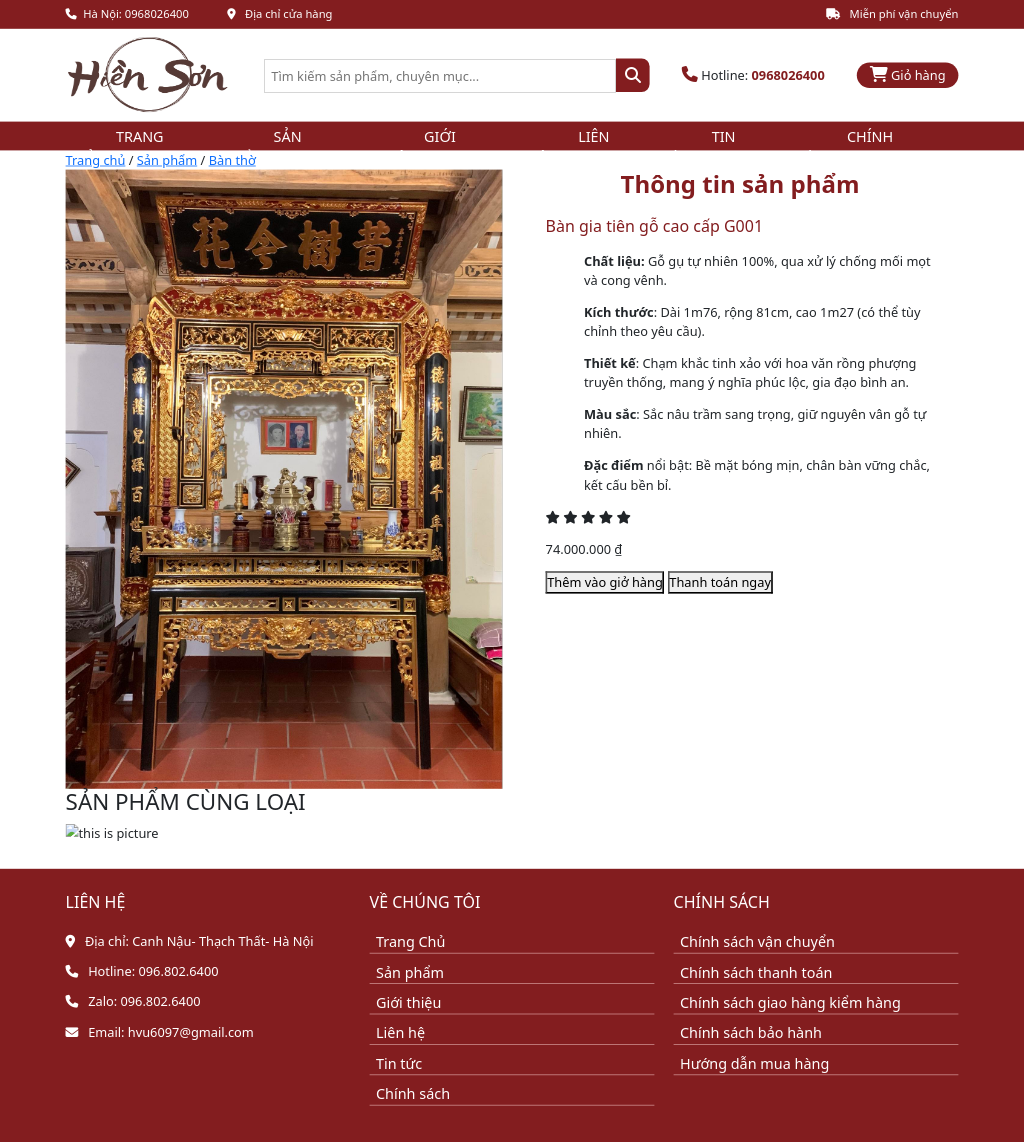
Repository: hoang28092000/do_go_hien_son
Page: product_details/ban_tho-g001.html
These files come from the project's save history. The page is drawn as it stood at one moment and after the next save; the edit follows.
The browser window is 1280 px wide. The pictures show the whole page, at 80% of full size.
Some web libraries are served in a nearby version.

Above is the page before, as saved 2024-08-10 20:12:04.

### product_details/ban_tho-g001.html
<!DOCTYPE html>
<html lang="en">
<head>
    <meta charset="UTF-8">
    <meta name="viewport" content="width=device-width, initial-scale=1.0">
    <link rel="stylesheet" href="../asset/style.css">
    <link rel="stylesheet" href="https://cdnjs.cloudflare.com/ajax/libs/font-awesome/6.6.0/css/all.min.css" integrity="sha512-Kc323vGBEqzTmouAECnVceyQqyqdsSiqLQISBL29aUW4U/M7pSPA/gEUZQqv1cwx4OnYxTxve5UMg5GT6L4JJg==" crossorigin="anonymous" referrerpolicy="no-referrer" />
    <link href="https://cdn.jsdelivr.net/npm/bootstrap@5.3.3/dist/css/bootstrap.min.css" rel="stylesheet" integrity="sha384-QWTKZyjpPEjISv5WaRU9OFeRpok6YctnYmDr5pNlyT2bRjXh0JMhjY6hW+ALEwIH" crossorigin="anonymous">
    <title>Bàn thờ gia tiên G001</title>
</head>
<body>
    <div id="header">
        <div class="top_header">
            <div class="container">
                <div class=" d-flex align-items-center justify-content-between pt-1">
                    <div class="d-flex">
                        <p class="mb-0 me-5"><a href="" class="txt-th">
                            <i class="fa-solid fa-phone icon-th pe-2"></i>Hà Nội: 0968026400
                        </a></p>
                        <p class="mb-0"><a href="" class="txt-th">
                            <i class="fa-solid fa-location-dot icon-th pe-2"></i>
                        Địa chỉ cửa hàng</a></p>
                    </div>
                    <p class="mb-0"><a href="" class="txt-th">
                        <i class="fa-solid fa-truck icon-th pe-2"></i>
                    Miễn phí vận chuyển</a></p>
                </div>
            </div>
        </div>
    </div>

        <div class="main_header py-2">
            <div class="container">
                <ul class="d-flex justify-content-between align-items-center ps-0 mb-0">
                    <li class="logo-hs">
                        <a href="../index.html"><img src="../asset/image/logo_1.png" class="logo-hd" alt=""></a>
                    </li>
                    <li class="search-hd">
                        <input type="text" class="input-search-hd" placeholder="Tìm kiếm sản phẩm, chuyên mục..."><i class="fa-solid fa-magnifying-glass icon-search_hd"></i>
                    </li>

                    <li class="contact-hd">
                        <i class="fa-solid fa-phone icon-hd "></i>
                        <span class="txt-hd">Hotline: <b style="color: #831d1f;">0968026400</b></span>
                    </li>

                    <li class="cart-hd">
                        <p class="mb-0 cart-list py-1 px-3">
                            <i class="fa-solid fa-cart-shopping icon-cart"></i><span class="txt-cart"> Giỏ hàng</span>
                        </p>
                    </li>
                </ul>
            </div>
        </div>

        <div class="bottom_header">
            <div class="container">
                <ul class="links d-flex justify-content-center align-items-center mb-0 ps-0">
                    <li class="link "><a href="../index.html" class="txt-link">TRANG CHỦ</a></li>
                    <li class="link"><a href="../website/product.html" class="txt-link">SẢN PHẨM</a></li>
                    <li class="link"><a href="../website/about-us.html" class="txt-link">GIỚI THIỆU</a></li>
                    <li class="link"><a href="../website/contact.html" class="txt-link">LIÊN HỆ</a></li>
                    <li class="link"><a href="../website/news.html" class="txt-link">TIN TỨC</a></li>
                    <li class="link"><a href="../website/policy.html" class="txt-link">CHÍNH SÁCH</a></li>
                 </ul>
            </div>
        </div>
    </div>
    <div class="main-product_details">
        <div class="container">
            <div class="links-product_details">
                <a href="../index.html" class="">Trang chủ</a>
                <span class="slash"> /</span>
                <a href="../website/product.html" class="">Sản phẩm</a>
                <span class="slash"> /</span>
                <a href="../website/product.html" class="">Bàn thờ</a>
            </div>

            <div class="card-p_details">
                <div class="row">
                    <div class="col-lg-6">
                        <img src="../asset/image/anhn1.jfif" alt="" class="img-p_details w-100">
                    </div>
                    <div class="col-lg-6">
                        <div class="info-p_details">
                            <h3 class="name-p_details">
                                Thông tin sản phẩm
                            </h3>

                            <div class="desc-info-pd">
                                <p class="heading-pd">
                                    Bàn gia tiên gỗ cao cấp G001
                                </p>
                                <p class="txt-pd ps-5">
                                    <b>Chất liệu:</b> Gỗ gụ tự nhiên 100%, qua xử lý chống mối mọt và cong vênh.
                                </p>
                                <p class="txt-pd ps-5">
                                    <b>Kích thước</b>: Dài 1m76, rộng 81cm, cao 1m27 (có thể tùy chỉnh theo yêu cầu).
                                </p>
                                <p class="txt-pd ps-5">
                                    <b>Thiết kế</b>: Chạm khắc tinh xảo với hoa văn rồng phượng truyền thống, mang ý nghĩa phúc lộc, gia đạo bình an.
                                </p>
                                <p class="txt-pd ps-5">
                                    <b>Màu sắc</b>: Sắc nâu trầm sang trọng, giữ nguyên vân gỗ tự nhiên.
                                </p>
                                <p class="txt-pd ps-5">
                                    <b>Đặc điểm</b> nổi bật: Bề mặt bóng mịn, chân bàn vững chắc, kết cấu bền bỉ.
                                </p>
                            </d>
                            <p class="evaluate">
                                <i class="fa-solid fa-star icon-star"></i>
                                <i class="fa-solid fa-star icon-star"></i>
                                <i class="fa-solid fa-star icon-star"></i>
                                <i class="fa-solid fa-star icon-star"></i>
                                <i class="fa-solid fa-star icon-star"></i>

                            </p>
                            <p class="price-pd">74.000.000 ₫</p>
                            <div class="pay">
                                <button class="add_cart">Thêm vào giở hàng</button>
                                <button class="buy">Thanh toán ngay</button>
                            </div>
                        </div>
                    </div>
                </div>
            </div>
            <h3 class="title-pd">
                SẢN PHẨM CÙNG LOẠI
            </h3>
            <div class="pd-relate">
                <div class="row">
                    <div class="col-lg-3">
                        <div class="card-pd">
                            <img src="" alt="this is picture">
                            <p class="name-product_r"></p>
                            <p class="info-pd_r"></p>
                        </div>
                    </div>
                </div>
            </div>
        </div>
    </div>


    <div id="footer" class="mt-3">
        <div class="container">
            <div class="row">
                <div class="col-lg-4">
                    <h4 class="title-ft">LIÊN HỆ</h4>
                    <ul class="list-info">
                        <li>
                            <i class="fa-solid fa-location-dot icon-ft pe-2"></i>
                            <span class="txt-ft">Địa chỉ: Canh Nậu- Thạch Thất- Hà Nội</span>
                        </li>
                        <li>
                            <i class="fa-solid fa-phone icon-ft pe-2"></i>
                            <span class="txt-ft">Hotline: 096.802.6400</span>
                        </li>
                        <li>
                            <i class="fa-solid fa-phone icon-ft pe-2"></i>
                            <span class="txt-ft">Zalo: 096.802.6400    </span>
                        </li>
                        <li>
                            <i class="fa-solid fa-envelope icon-ft pe-2"></i>
                           <span class="txt-ft">Email: hvu6097@gmail.com</span>
                        </li>
                    </ul>
                </div>
                <div class="col-lg-4">
                    <h4 class="title-ft">
                        VỀ CHÚNG TÔI
                    </h4>
                    <ul class="list-links ps-0">
                        <li class="item-link"><a href="../index.html" class="link-ft">Trang Chủ </a></li>
                        <li class="item-link"><a href="../website/product.html" class="link-ft">Sản phẩm</a></li>
                        <li class="item-link"><a href="../website/about-us.html" class="link-ft">Giới thiệu</a></li>
                        <li class="item-link"><a href="../website/contact.html" class="link-ft">Liên hệ</a></li>
                        <li class="item-link"><a href="../website/news.html" class="link-ft">Tin tức</a></li>
                        <li class="item-link"><a href="../website/policy.html" class="link-ft">Chính sách</a></li>
                    </ul>
                </div>
                <div class="col-lg-4">
                    <h4 class="title-ft">
                       CHÍNH SÁCH
                    </h4>
                    <ul class="list-links ps-0">
                        <li class="item-link"><a href="../website/policy.html" class="link-ft">Chính sách vận chuyển </a></li>
                        <li class="item-link"><a href="../website/policy.html" class="link-ft">Chính sách thanh toán</a></li>
                        <li class="item-link"><a href="../website/policy.html" class="link-ft">Chính sách giao hàng kiểm hàng</a></li>
                        <li class="item-link"><a href="../website/policy.html" class="link-ft">Chính sách bảo hành</a></li>
                        <li class="item-link"><a href="../website/policy.html" class="link-ft">Hướng dẫn mua hàng</a></li>
                    </ul>
                </div>

            </div>
        </div>
    </div>
</body>
</html>

### asset/style.css
*{
    padding: 0px;
    margin: 0px ;
    box-sizing: border-box;
    list-style: none;
}

.top_header{
    height: 36px;
    background-color: #831d1f;
}

.top_header .txt-th{
    color: #fff;
    font-size: 14px;
    text-decoration: none;
    font-weight: 500;
}

.top_header .icon-th{
    color: #fff;
}
.top_header .txt-th:hover,
.top_header .icon-th:hover{
    opacity: 0.7;
}

.main_header .logo-hd{
    height: 100px;
    width: 208px;
}
.main_header .input-search-hd{
    font-size: 16px;
    color: #333;
    padding-left: 8px;
    width: 440px;
    height: 42px;
    border: 1px solid #ccc;
    outline: none;
}
.main_header .icon-search_hd{
    font-size: 20px;
    background-color: #831d1f;
    padding: 11px;
    color: #fff;
    border-radius: 0 10px 10px 0;
}
.main_header .icon-search_hd:hover{
    opacity: 0.7;
    cursor: pointer;
}
.main_header .contact-hd .icon-hd{
    font-size: 20px;
    color: #831d1f;
}
.cart-hd .cart-list{
    background-color: #831d1f;
    border-radius: 16px;
}
.cart-hd .txt-cart{
    font-size: 16px;
    font-weight: 500;
    color: #fff;
}
.cart-hd .icon-cart{
    font-size: 20px;
    color: #fff;
}
.cart-hd .cart-list:hover{
    opacity: 0.7;
    cursor: pointer;
}

.bottom_header{
    height: 36px;
    background-color: #831d1f;
}
.bottom_header .links{
    list-style: none;
    padding-top: 6px;
}

.links .txt-link{
    text-decoration: none;
    font-size: 18px;
    font-weight: 500;
    color: #fff;
    padding: 7px 63px 5px;
}
/* .links .txt-link:first-child{
    padding-left:0 ;

}
.links .txt-link:last-child{
    padding-right:0 ;
} */
.links .txt-link:hover{
    cursor: pointer;
    background-color: #bd7071;
}


/* Main*/
#main{
    padding: 20px 0;
}

.left-main .product_portfolio .txt_portfolio{
    font-size: 18px;
    font-weight: 600;
    padding: 4px 10px 4px 0;
    text-align: center;
    background-color: #831d1f;
    color: #fff;
}

.left-main .list_portfolio .items-product{
    border-bottom: 1px solid #ccc;
    padding: 10px 0 4px;
}

.left-main .list_portfolio .items-product:hover{
    background-color: #bd7071;
    color: #fff;
    cursor: pointer;
}
.left-main .list_portfolio .items-product:hover .txt-porduct {
    color: #fff;
}

.left-main .list_portfolio .txt-porduct{
    font-size: 18px;
    color: #333;
    text-decoration: none;
    padding-left: 4px;
    font-weight: 500;
}

/* right-main */

.right-main .first_news .txt-title{
    font-size: 32px;
    font-weight: 600;
    color: #fff;
    background-color: #831d1f;
    padding-left: 10px;

}
.right-main .first_news .hr-title{
    height: 3px;
    background-color: rgb(83, 19, 19);
}
.right-main .first_news .img-rm{
    height: 700px;
}

.right-main .first_news .title-news{
    font-size: 24px;
    font-weight: 500;
    color: #333;

}
.right-main .first_news .txt-bnews{
    font-size: 22px;
    font-weight: 500;
    color: #333;
}
.right-main .first_news .txt-news{
    font-size: 18px;
    color: 16px;
    padding-left: 40px;
    font-weight: 400;
}

.right-main .first_news  .btxt-news{
    font-size: 20px;
    font-weight: 400;
    color: #333;
    padding-left: 20px;
}


/* Main product */
#main .product .img-product{
    height: 412px;
}
#main .product{
    box-shadow: 0px 0px 5px 4px #ccc;
    padding-bottom: 20px;
}
.link-product{
    text-decoration: none;

}
.product .name-product{
    font-size: 18px;
    color: #333;
    font-weight: 500;
    text-align: center;

}
.product .sold-out{
    font-size: 16px;
    color: #757070;
    text-align: center;
}
.product .price-pr{
    font-size: 18px;
    font-weight: 500;
    color: #757070;
    text-decoration: line-through;
}
.product .price-promotion{
    font-size: 18px;
    font-weight: 500;
    color: #fff;
    background-color: #831d1f;
    border-radius: 20px;
    text-align: center;
    padding: 4px 10px;
}
.product .icon_cart-product{
    font-size: 20px;
    color: #831d1f;
    margin-left: 10px;
}

#main .relate_news .title_relate{
    font-size: 24px;
    color: #fff;
    background-color: #831d1f;
    padding: 8px 0 8px 8px;
}
.relate_news .link-relate{
    text-decoration: none;
}
.relate_news .card-relate{
    padding-bottom: 20px;
    box-shadow: 0px 0px 5px 4px #ccc;
}
.card-relate .img-relate{
    height: 229px;
}
.card-relate .info_relate{
    padding: 20px 20px 0 20px;
}
.card-relate .info_relate .h-relate{
    font: size 18px;
    color: #333;
    font-weight: 500;
}
.card-relate .info_relate .desc-relate{
    font-size: 16px;
    font-weight: 400;
    color: #333;
}




/* main about-us */
.main_about-us .title-as{
    font-size: 30px;
    font-weight: 600;
    color: #831d1f;
    text-align: center;
}
.main_about-us .hr-as{
    width: 200px;
    height: 4px;
    background-color: #831d1f;
    margin: 0 auto;
}
.main_about-us .heading-txt{
    font-size: 20px;
    font-weight: 500;
    color: #333;
}

.main_about-us .desc-as{
    font-size: 18px;
    color: #333;
    line-height: 1.8;
}


/* main contact */

.main-contact .title-contact{
    font-size: 30px;
    font-weight: 600;
    color: #831d1f;
    text-align: center;
}

.main-contact .my-info{
    box-shadow: 0px 0px 5px 4px #ccc;
    padding:  20px ;
    height: 437px;
}
.main-contact .my-info .logo-info{
    width: 100px;
    height: 100px;
    border: 2px double #831d1f;

}
.main-contact .my-info .icon-contact{
    font-size: 20px;
    color: #831d1f;
}

.main-contact .my-info .your-info{
    font-size: 22px;
    font-weight: 500;
    color: #831d1f;
    text-align: center;
}
.main-contact .my-info .txt-yi{
    font-size: 18px;
    color: #333;
    font-weight: 500;
}

.main-contact .my-info .input-yi{
    width: 100%;
    outline: none;
    border: 1px solid #ccc;
    padding : 4px 0 4px 6px;
}
.main-contact .text-contact{
    font-size: 18px;
    color: #831d1f;
    font-weight: 500;
    text-align: center;
}
.main-contact .btn-submit{
    border-radius: 10px;
    background-color: #831d1f;
    color: #fff;
    padding: 6px 30px;
    font-size: 18px;
}


/* main-news*/
.main-news .title-news{
    font-size: 24px;
    font-weight: 500;
    color: #831d1f;
    border-bottom: 5px solid #831d1f;
}
.main-news .img-news{
    height: 205px;
}

.main-news .link-news{
    text-decoration: none;
}

.main-news .card-news{
    height: 373px;
    border: 1px solid #ccc;
}

.main-news .link-news .info-news{
    padding: 0 8px;
}

.main-news .link-news .heading-news{
    font-size: 18px;
    font-weight: 500;
    color: #333;
    padding-top: 16px;
    margin-bottom: 0;
}
.main-news .link-news .desc-news{
    font-size: 16px;
    font-weight: 400;
    color: #333;
    margin-top: 4px;
    margin-bottom: 0;
}
.main-news .link-news .time-up{
    font-size: 12px;
    color: #757070;
    font-style: italic;
    padding: 10px 0 20px;
    float: right ;
}

/*main policy  */
.main-policy .title-policy{
    font: 30px;
    color: #831d1f;
    font-weight: 700;
    text-align: center;
    padding-top: 40px;
}
.main-policy .hr-policy{
    width: 200px;
    height: 4px;
    background-color: #831d1f;
    margin: 0 auto;
}
.main-policy .info-policy{
    margin-bottom: 32px;
}

.main-policy .heading-policy{
    font-size: 20px;
    color: #333;
    font-weight: 500;
}

.main-policy .txt-policy{
    padding-left: 20px;
}


/* main thiết kế phòng thờ hợp phong thủy */
.main-design_news .title-ds_news{
    font-size: 30px;
    font-weight: 700;
    color: #831d1f;
    margin-top: 30px;
    text-align: center;
}
.main-design_news .desc-news{
    font-size: 20px;
    color: #333;
    font-weight: 400;
    line-height: 1.7;
}
.main-design_news .img-news{
    height: 400px;
    width: 45%;
    padding: 10px 20px;
}
.main-design_news .desc-img{
    font-size: 16px;
    color: #423e3e;
    font-style: italic;
    text-align: center;
    padding-top: 20px;
}
.main-design_news .title_desc-news{
    font-size: 24px;
    font-weight: 600;
}


/* main- san pham chi tiet */

.main-product_details{

}
.main-product_details .info-p_details{
    padding: 0 30px;

}
.main-product_details .info-p_details .name-p_details{
    font-size: 30px;
    color: #831d1f;
    font-weight: 600;
    text-align: center;
}
.info-p_details .desc-info-pd .heading-pd{
    font-size: 20px;
    color: #831d1f;
    font-weight: 500;
    margin-top: 20px;
}
.desc-info-pd .txt-pd{

}

/* footer */
#footer{
    background-color: #831d1f;
    padding: 30px 0;
}
#footer .title-ft{
    font-size: 20px;
    font-weight: 500;
    color: #fff;
    margin-bottom: 24px;
}
#footer .list-info{
    padding-left: 0;
}
#footer .txt-ft ,
.icon-ft{
    color: #fff;
    font-size: 16px;
    font-weight: 400;
    padding-bottom: 18px;
}
#footer .list-links .link-ft{
    font-size: 18px;
    color: #fff;
    font-weight: 400;
    text-decoration: none;
    padding-left: 8px;
}
#footer .list-links .item-link{
    border-bottom: 1px solid #cc8b8b;
    margin-bottom: 10px;
}
#footer .list-links .item-link:hover{
    background-color: #bd7071;
    cursor: pointer;

}

After the next save:
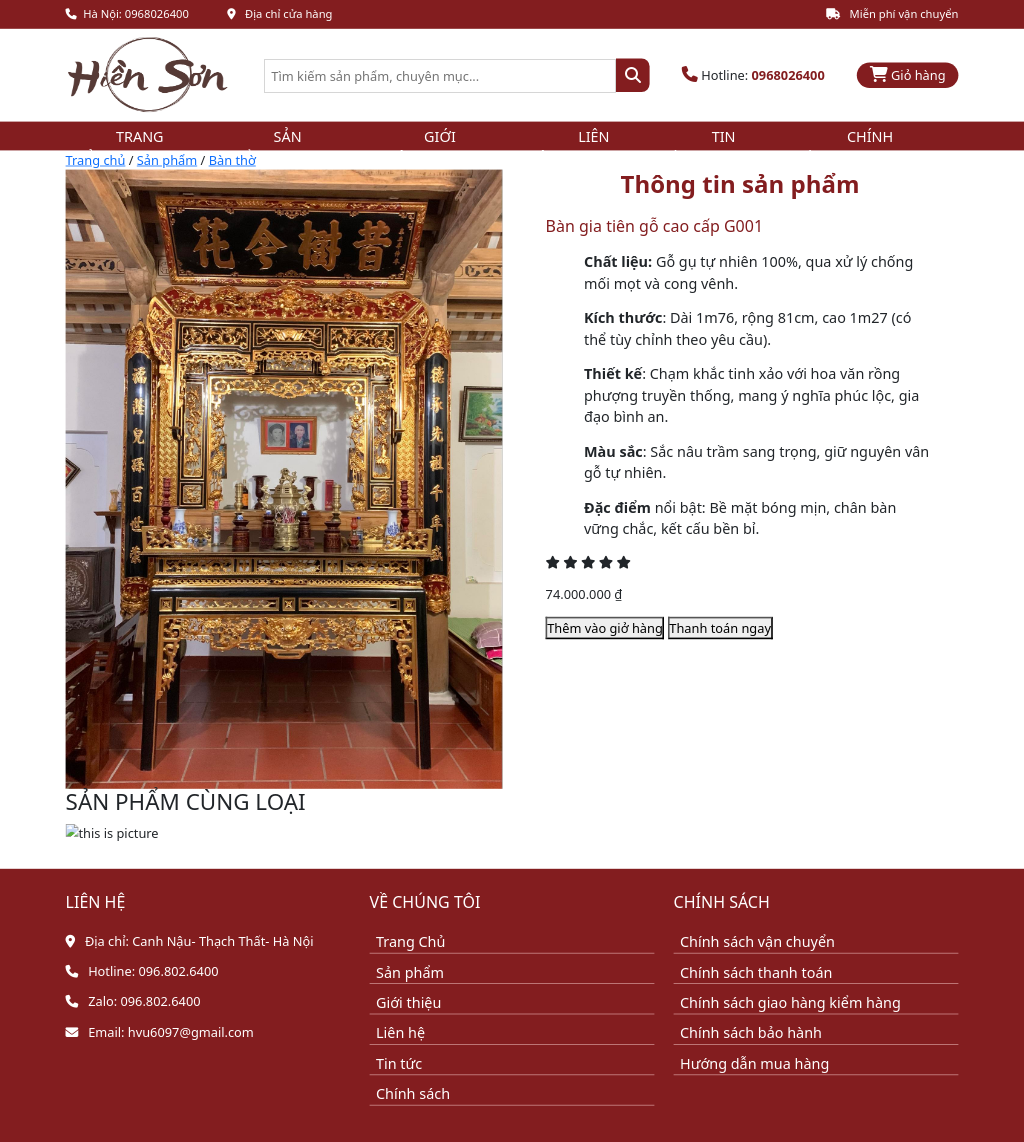
Saved 9 s later.
--- a/asset/style.css
+++ b/asset/style.css
@@ -471,7 +471,8 @@
     margin-top: 20px;
 }
 .desc-info-pd .txt-pd{
-
+    font-size: 18px;
+    color:
 }
 
 /* footer */
